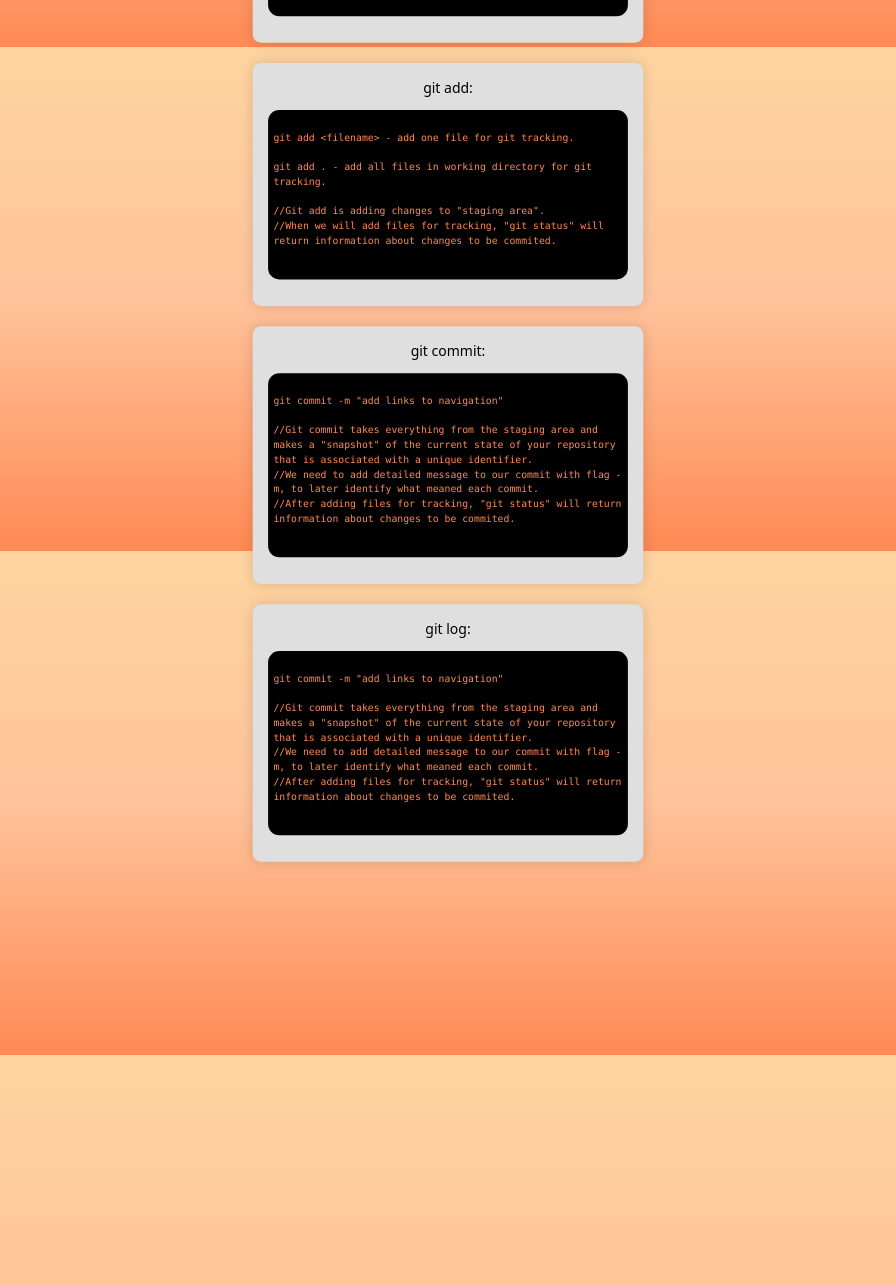
Repository: michalgornicki/git
Page: /
The author's editor kept a copy of each file at every save. The page is drawn from the files as they stood at one save, then again after a run of saves.
The browser window is 1280 px wide. The pictures show the part of the page from y = 1373 to 3293 px (the page is 3209 px tall before and 3293 px after), at 70% of full size.
Backgrounds fixed to the window are drawn as part of the page. The project was rebuilt for these pictures with package versions that can differ from the ones it lists, and the page was loaded fresh each time. Imported but missing from the stored project, and not drawn on this page: src/components/DOM manipulation.jsx, src/components/async.jsx, src/components/loops.jsx, src/components/numbers.jsx, src/components/variables.jsx, src/components/window.jsx.

Above is the page before, as saved 2022-02-10 08:25:54.

After the next 2 saves:
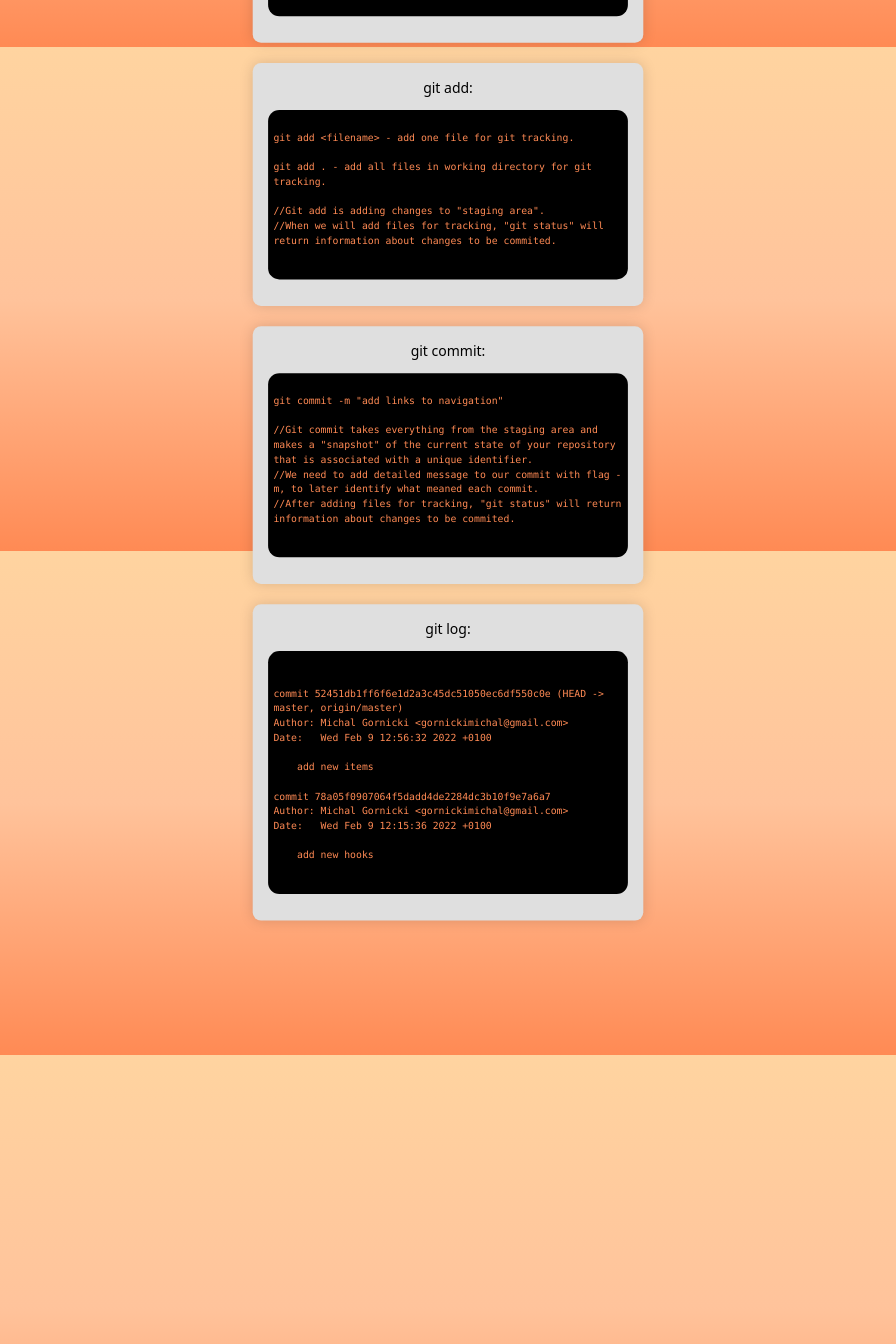
The 2 saves are shown as one change because they came seconds apart.
The last was saved 7 min 44 s later.
--- a/src/components/arrays.jsx
+++ b/src/components/arrays.jsx
@@ -83,11 +83,18 @@ git commit -m "add links to navigation"
         <div className="">git log: </div>
         <div className="text-pink">
           <pre>{`
-git commit -m "add links to navigation"
 
-//Git commit takes everything from the staging area and makes a "snapshot" of the current state of your repository that is associated with a unique identifier.
-//We need to add detailed message to our commit with flag -m, to later identify what meaned each commit.
-//After adding files for tracking, "git status" will return information about changes to be commited.
+commit 52451db1ff6f6e1d2a3c45dc51050ec6df550c0e (HEAD -> master, origin/master)
+Author: Michal Gornicki <gornickimichal@gmail.com>
+Date:   Wed Feb 9 12:56:32 2022 +0100
+
+    add new items
+
+commit 78a05f0907064f5dadd4de2284dc3b10f9e7a6a7
+Author: Michal Gornicki <gornickimichal@gmail.com>
+Date:   Wed Feb 9 12:15:36 2022 +0100
+
+    add new hooks
           `}</pre>
           </div>
       </div>
